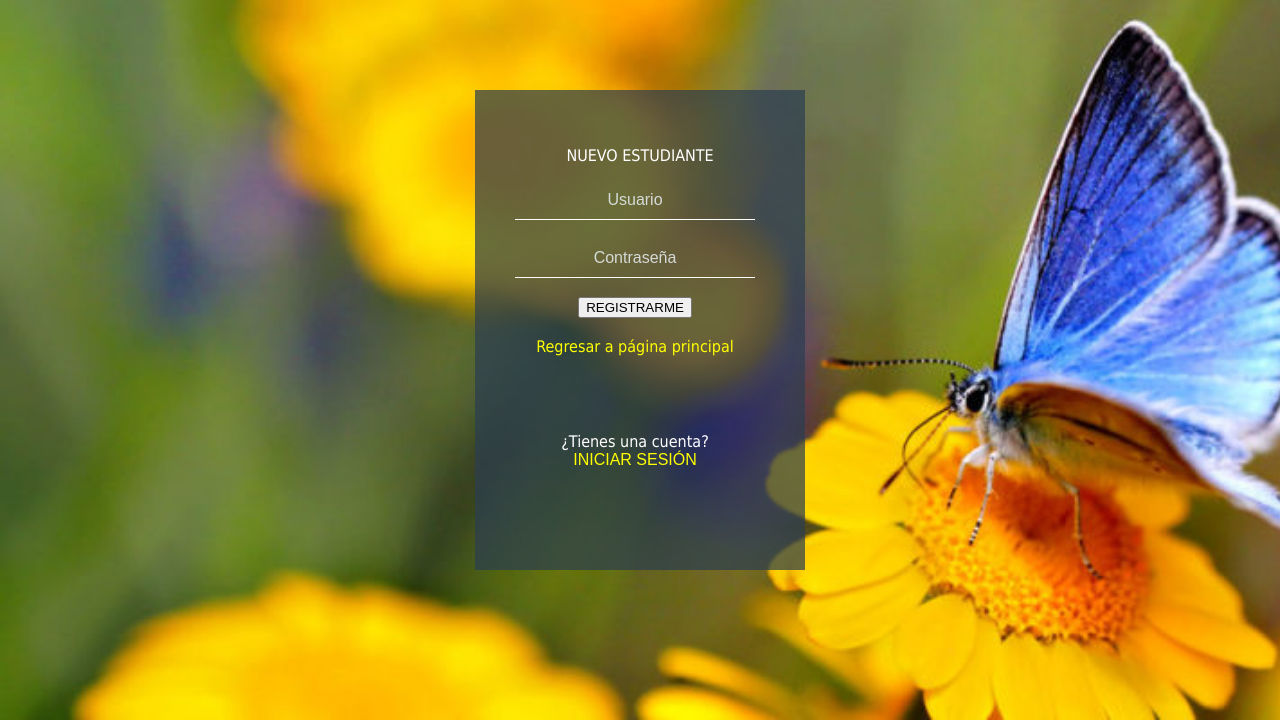
Repository: roberthcobena/Php
Page: http://localhost/registro.php
The author's editor kept a copy of each file at every save. The page is drawn from the files as they stood at one save, then again after the next save.
The browser window is 1280 px wide. The pictures show the whole page.
Some web fonts or font styles are not loaded; a fallback is used. The page is run by PHP 8.4 with error messages shown; the project is at /var/www/html/.

Above is the page before, as saved 2020-06-25 10:12:47.

### Educativa/registro.php
<?php
  require_once ("controladores/conexion/db.php");
  require_once ("controladores/classes/Login.php");
  $login = new Login();
  list($true,$user_perfil) = $login->isUserLoggedIn();
  if ($true == 1 && $user_perfil == 1) {
    header("location: app/admin.php");
  } else if ($true == 1 && $user_perfil == 2) {
   header("location: app/docente.php");
  } else if ($true == 1 && $user_perfil == 3) {
   header("location: app/aula/estudiante.php");
  } else{
?>
<html>
<head>
<meta http-equiv="Content-Type" content="text/html; charset=utf-8" />
<title>INGRESAR</title>
<link href="recursos/login/css/logn.css" rel="stylesheet" type="text/css" />
<link href="https://fonts.googleapis.com/css?family=Play" rel="stylesheet">
<link rel="icon" href="recursos/template/images/favicon.ico" type="image/x-icon">
</head>

<body>
   <div class="signin">
   <center>
      <p class="login-box-msg">NUEVO ESTUDIANTE</p>
   </center>
   <form method="post" accept-charset="utf-8" name="registro" autocomplete="off" role="form" >
      <input type="text" class="form-control" placeholder="Usuario" name="user_name" required></br></br>
      <input type="password" class="form-control" placeholder="Contraseña" name="user_password" required></br></br>
      <button type="submit" class="btn btn-primary btn-block" name="login" id="submit">REGISTRARME</button></br></br>
      <a href="index.php">Regresar a página principal</a></br></br></br></br></br>
      ¿Tienes una cuenta?<a href="login.php" style="font-family:'Play', sans-serif;"></br>INICIAR SESIÓN</a>
   </form>
</div>
</body>
</html>
<?php
  }

### Educativa/controladores/conexion/db.php
<?php
/*Datos de conexion a la base de datos*/
define('DB_HOST', 'localhost');//DB_HOST:  generalmente suele ser "127.0.0.1"
define('DB_USER', 'root');//Usuario de tu base de datos
define('DB_PASS', '');//Contraseña del usuario de la base de datos
define('DB_NAME', 'sisv2');//Nombre de la base de datos
?>

### Educativa/controladores/classes/Login.php
<?php
class Login
{
    /**
     * @var object The database connection
     */
    private $db_connection = null;
    /**
     * @var array Collection of error messages
     */
    public $errors = array();
    /**
     * @var array Collection of success / neutral messages
     */
    public $messages = array();
    public function __construct()
    {
        session_start();
        if (isset($_GET["logout"])) {
            $this->doLogout();
        }
        elseif (isset($_POST["login"])) {
            $this->dologinWithPostData();
        }
    }

    private function dologinWithPostData()
    {
        if (empty($_POST['user_name'])) {
            $this->errors[] = "Campo de usuario esta vacío.";
        } elseif (empty($_POST['user_password'])) {
            $this->errors[] = "Campo de contraseña esta vacío.";
        } elseif (!empty($_POST['user_name']) && !empty($_POST['user_password'])) {
            $this->db_connection = new mysqli(DB_HOST, DB_USER, DB_PASS, DB_NAME);

            if (!$this->db_connection->set_charset("utf8")) {
                $this->errors[] = $this->db_connection->error;
            }
            if (!$this->db_connection->connect_errno) {
                $user_name = $this->db_connection->real_escape_string($_POST['user_name']);
                $user_pass = $this->db_connection->real_escape_string($_POST['user_password']);
                $sql = "SELECT u.id_usuario, u.u_tipo, u.u_usuario, u.u_contra
                        FROM usuario u, tipo_usuario t
                        WHERE u.u_tipo=t.id_tipo_usuario AND u.u_usuario = '" . $user_name . "' AND u.u_contra = '" . $user_pass . "';";
                $result_of_login_check = $this->db_connection->query($sql);
                if ($result_of_login_check->num_rows == 1) {
                    $result_row = $result_of_login_check->fetch_object();
                        $_SESSION['id_usuario'] = $result_row->id_usuario;
                        $_SESSION['u_usuario'] = $result_row->u_usuario;
                        if ($result_row->u_tipo == 1) {
                            $_SESSION['u_tipo'] = 1;
                        }elseif ($result_row->u_tipo == 2) {
                            $_SESSION['u_tipo'] = 2;
                        }elseif ($result_row->u_tipo == 3) {
                            $_SESSION['u_tipo'] = 3;
                        }
                        $_SESSION['user_login_status'] = 1;

                    } else {
                        $this->errors[] = "Usuario y/o contraseña no coinciden.";
                    }
                } else {
                    $this->errors[] = "Usuario y/o contraseña no coinciden.";
                }
            } else {
                $this->errors[] = "Problema de conexión de base de datos.";
            }
        }

    public function doLogout()
    {
        $_SESSION = array();
        session_destroy();
        $this->messages[] = "Has sido desconectado.";
    }

    /**
     * simply return the current state of the user's login
     * @return boolean user's login status
     */
    public function isUserLoggedIn()
    {
        if (isset($_SESSION['user_login_status']) AND $_SESSION['user_login_status'] == 1 AND $_SESSION['u_tipo'] == 1) {
            $user_perfil = 1;
            $true = 1;
            return array($true, $user_perfil);

        } elseif (isset($_SESSION['user_login_status']) AND $_SESSION['user_login_status'] == 1 AND $_SESSION['u_tipo'] == 2) {
            $user_perfil = 2;
            $true = 1;
            return array($true, $user_perfil);
        } elseif (isset($_SESSION['user_login_status']) AND $_SESSION['user_login_status'] == 1 AND $_SESSION['u_tipo'] == 3) {
            $user_perfil = 3;
            $true = 1;
            return array($true, $user_perfil);
        } else{
            return false;
        }
    }
}

### Educativa/recursos/login/css/logn.css
body
{
    font-family: Tahoma, Geneva, sans-serif;
    color: #fff;
    background: url(../img/ingresar.jpg);
    background-size: cover;
}
.signin
{
    background: rgba(44,62,80,0.7);
    padding: 40px;
    width: 250px;
    margin: auto;
    margin-top: 90px;
    height: 400px;
    margin-left: 180x;

}
form
{
    width: 240px;
    text-align: center;
}
input
{
    width: 240px;
    text-align: center;
    background: transparent;
    border: none;
    border-bottom: 1px solid #fff;
    font-family: 'Play', sans-serif;
    font-size: 16px;
    font-weight: 200px;
    padding: 10px 0;
    transition: border 0.5s;
    outline: none;
    color: #fff;
}
input[type=submit]
{
    border: none;
    width: 190px;
    background: white;
    color: #000;
    font-size: 16px;
    line-height: 25px;
    padding: 10px 0;
    border-radius: 15px;
    cursor: pointer;
}
input[type=submit]:hover
{
    color: #fff;
    background-color: black;
}
h2
{
    color: white;

}
a
{
    color: yellow;
    text-decoration: blink;
}
a:hover
{
    color: skyblue;
}
.container
{
    display: flex;
    flex-direction: row;
    width: 100%;
}
::placeholder {
    color:aliceblue;
    opacity: 0.8; /* Firefox */
}

After the next save:
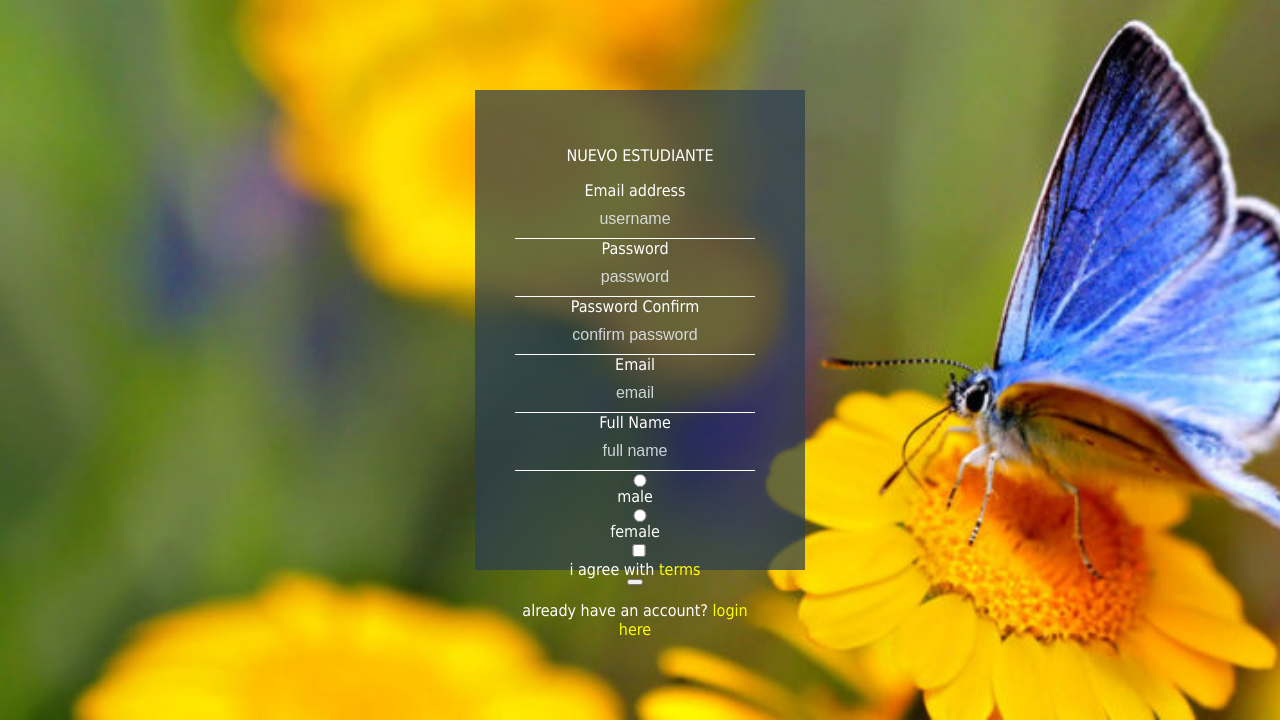
Saved 58 s later.
--- a/Educativa/registro.php
+++ b/Educativa/registro.php
@@ -26,11 +26,53 @@
       <p class="login-box-msg">NUEVO ESTUDIANTE</p>
    </center>
    <form method="post" accept-charset="utf-8" name="registro" autocomplete="off" role="form" >
-      <input type="text" class="form-control" placeholder="Usuario" name="user_name" required></br></br>
-      <input type="password" class="form-control" placeholder="Contraseña" name="user_password" required></br></br>
-      <button type="submit" class="btn btn-primary btn-block" name="login" id="submit">REGISTRARME</button></br></br>
-      <a href="index.php">Regresar a página principal</a></br></br></br></br></br>
-      ¿Tienes una cuenta?<a href="login.php" style="font-family:'Play', sans-serif;"></br>INICIAR SESIÓN</a>
+   <div class="login-form-1">
+		<form id="register-form" class="text-left">
+			<div class="login-form-main-message"></div>
+			<div class="main-login-form">
+				<div class="login-group">
+					<div class="form-group">
+						<label for="reg_username" class="sr-only">Email address</label>
+						<input type="text" class="form-control" id="reg_username" name="reg_username" placeholder="username">
+					</div>
+					<div class="form-group">
+						<label for="reg_password" class="sr-only">Password</label>
+						<input type="password" class="form-control" id="reg_password" name="reg_password" placeholder="password">
+					</div>
+					<div class="form-group">
+						<label for="reg_password_confirm" class="sr-only">Password Confirm</label>
+						<input type="password" class="form-control" id="reg_password_confirm" name="reg_password_confirm" placeholder="confirm password">
+					</div>
+
+					<div class="form-group">
+						<label for="reg_email" class="sr-only">Email</label>
+						<input type="text" class="form-control" id="reg_email" name="reg_email" placeholder="email">
+					</div>
+					<div class="form-group">
+						<label for="reg_fullname" class="sr-only">Full Name</label>
+						<input type="text" class="form-control" id="reg_fullname" name="reg_fullname" placeholder="full name">
+					</div>
+
+					<div class="form-group login-group-checkbox">
+						<input type="radio" class="" name="reg_gender" id="male" placeholder="username">
+						<label for="male">male</label>
+
+						<input type="radio" class="" name="reg_gender" id="female" placeholder="username">
+						<label for="female">female</label>
+					</div>
+
+					<div class="form-group login-group-checkbox">
+						<input type="checkbox" class="" id="reg_agree" name="reg_agree">
+						<label for="reg_agree">i agree with <a href="#">terms</a></label>
+					</div>
+				</div>
+				<button type="submit" class="login-button"><i class="fa fa-chevron-right"></i></button>
+			</div>
+			<div class="etc-login-form">
+				<p>already have an account? <a href="#">login here</a></p>
+			</div>
+		</form>
+	</div>
    </form>
 </div>
 </body>

After the save that followed:
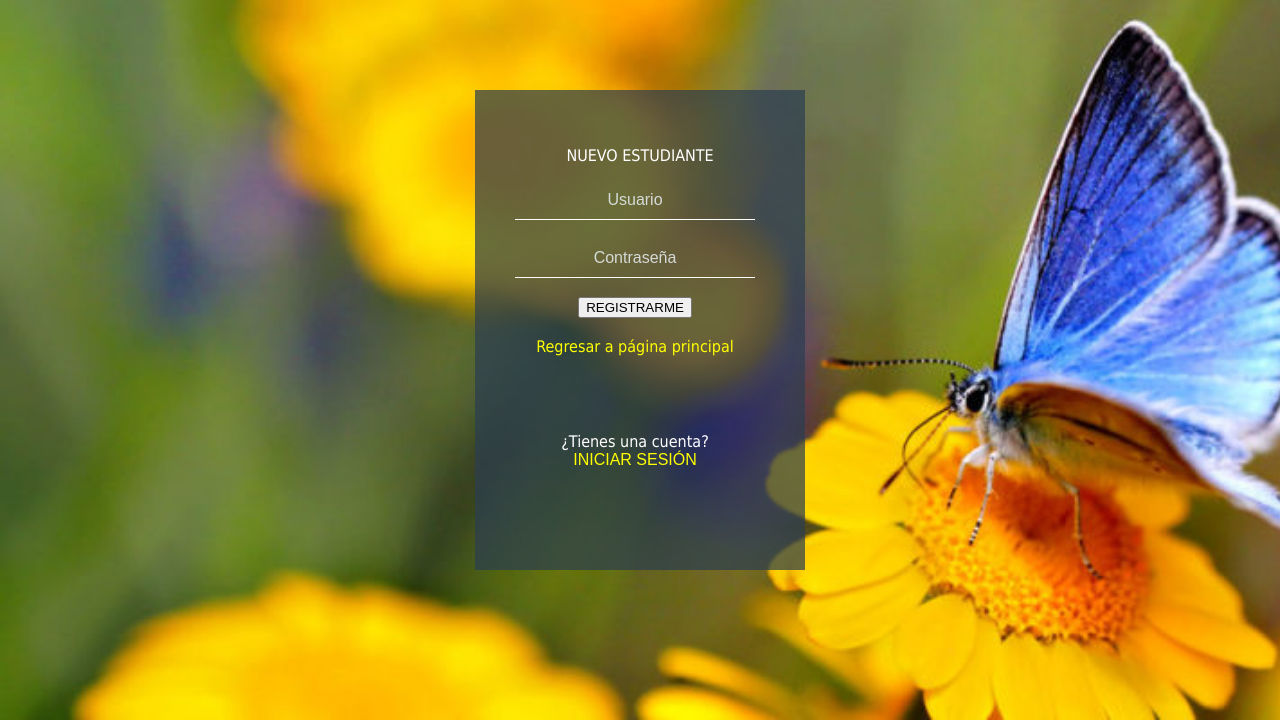
Saved 23 s later.
--- a/Educativa/registro.php
+++ b/Educativa/registro.php
@@ -26,53 +26,11 @@
       <p class="login-box-msg">NUEVO ESTUDIANTE</p>
    </center>
    <form method="post" accept-charset="utf-8" name="registro" autocomplete="off" role="form" >
-   <div class="login-form-1">
-		<form id="register-form" class="text-left">
-			<div class="login-form-main-message"></div>
-			<div class="main-login-form">
-				<div class="login-group">
-					<div class="form-group">
-						<label for="reg_username" class="sr-only">Email address</label>
-						<input type="text" class="form-control" id="reg_username" name="reg_username" placeholder="username">
-					</div>
-					<div class="form-group">
-						<label for="reg_password" class="sr-only">Password</label>
-						<input type="password" class="form-control" id="reg_password" name="reg_password" placeholder="password">
-					</div>
-					<div class="form-group">
-						<label for="reg_password_confirm" class="sr-only">Password Confirm</label>
-						<input type="password" class="form-control" id="reg_password_confirm" name="reg_password_confirm" placeholder="confirm password">
-					</div>
-
-					<div class="form-group">
-						<label for="reg_email" class="sr-only">Email</label>
-						<input type="text" class="form-control" id="reg_email" name="reg_email" placeholder="email">
-					</div>
-					<div class="form-group">
-						<label for="reg_fullname" class="sr-only">Full Name</label>
-						<input type="text" class="form-control" id="reg_fullname" name="reg_fullname" placeholder="full name">
-					</div>
-
-					<div class="form-group login-group-checkbox">
-						<input type="radio" class="" name="reg_gender" id="male" placeholder="username">
-						<label for="male">male</label>
-
-						<input type="radio" class="" name="reg_gender" id="female" placeholder="username">
-						<label for="female">female</label>
-					</div>
-
-					<div class="form-group login-group-checkbox">
-						<input type="checkbox" class="" id="reg_agree" name="reg_agree">
-						<label for="reg_agree">i agree with <a href="#">terms</a></label>
-					</div>
-				</div>
-				<button type="submit" class="login-button"><i class="fa fa-chevron-right"></i></button>
-			</div>
-			<div class="etc-login-form">
-				<p>already have an account? <a href="#">login here</a></p>
-			</div>
-		</form>
-	</div>
+      <input type="text" class="form-control" placeholder="Usuario" name="user_name" required></br></br>
+      <input type="password" class="form-control" placeholder="Contraseña" name="user_password" required></br></br>
+      <button type="submit" class="btn btn-primary btn-block" name="login" id="submit">REGISTRARME</button></br></br>
+      <a href="index.php">Regresar a página principal</a></br></br></br></br></br>
+      ¿Tienes una cuenta?<a href="login.php" style="font-family:'Play', sans-serif;"></br>INICIAR SESIÓN</a>
    </form>
 </div>
 </body>
